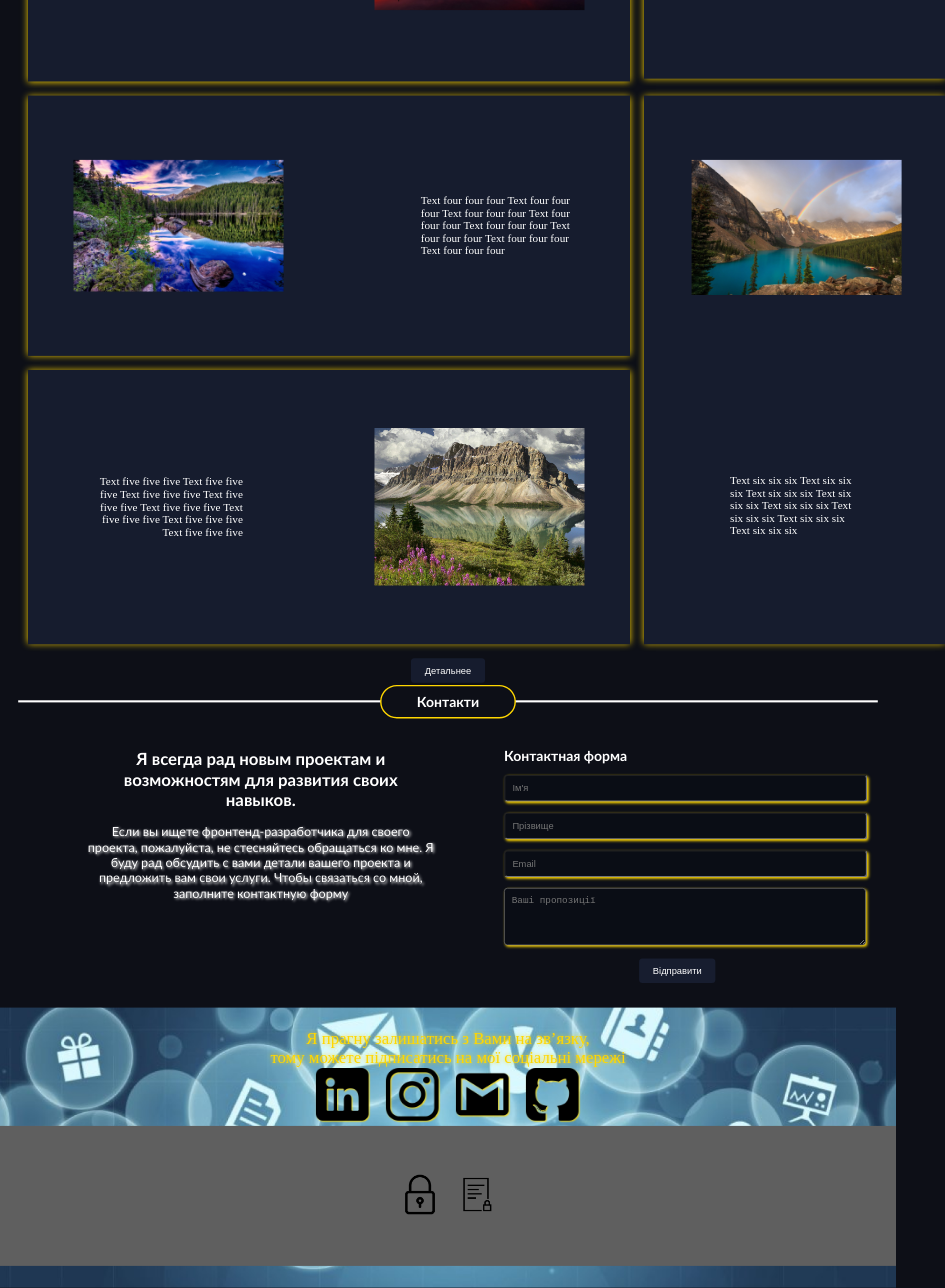
Repository: qtqqrdy13/cv-2
Page: index.html
These files come from the project's save history. The page is drawn as it stood at one moment and after the next save; the edit follows.
The browser window is 1280 px wide. The page is 1350 px wide, so the pictures cover 1350 px, including what lies to the right of the window. The pictures show the part of the page from y = 3628 to 5468 px (the page is 5468 px tall), at 70% of full size.

Above is the page before, as saved 2023-10-16 15:40:36.

After the next save:
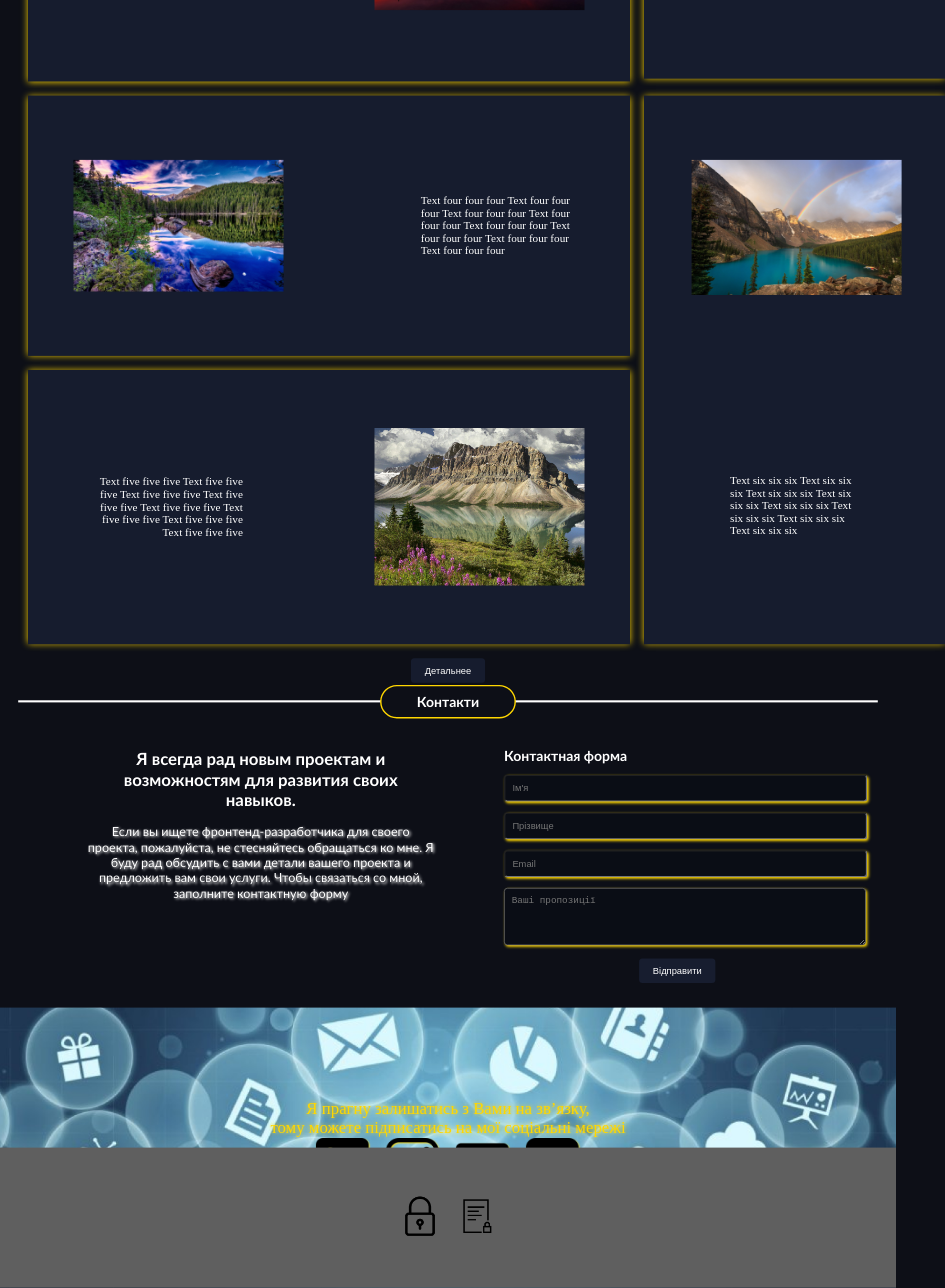
Saved 86 s later.
--- a/main.css
+++ b/main.css
@@ -792,6 +792,8 @@ footer {
     align-items: center;
     width: 100%;
     height: 200px;
+    position: absolute;
+    bottom: 0;
 }
 
 .aditional_icon{
